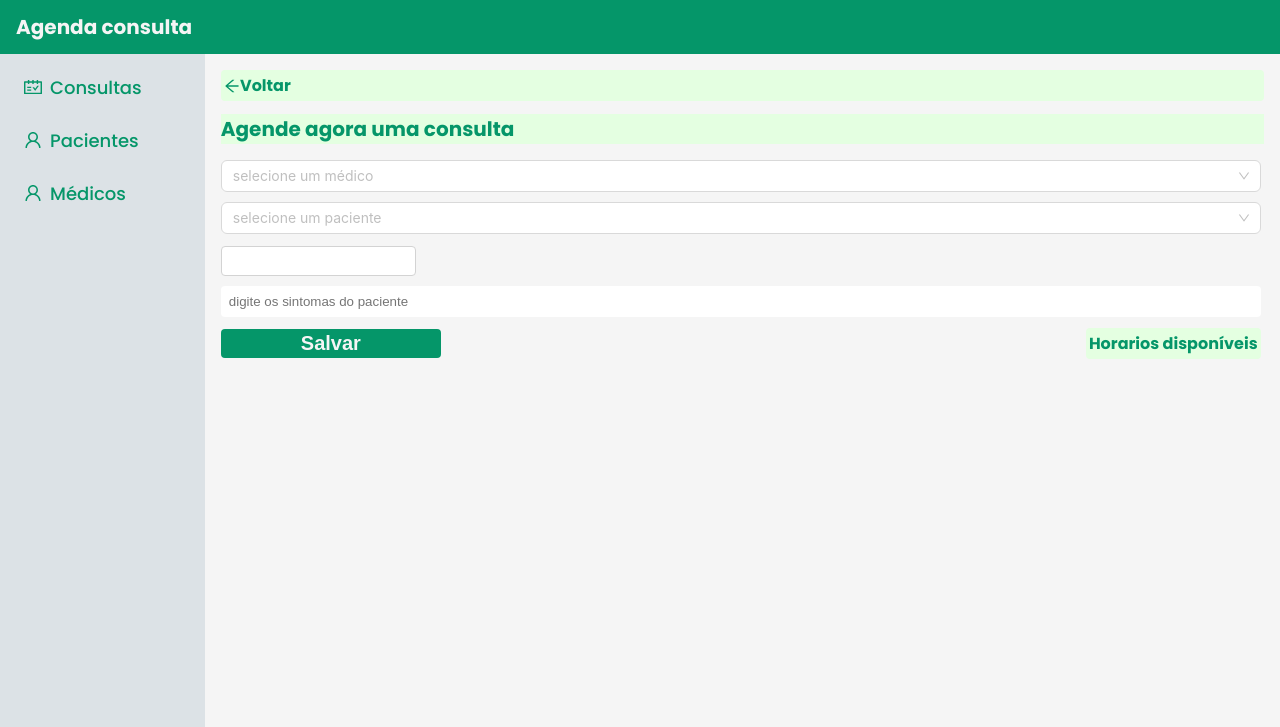
Repository: BarbaraCD/agendaconsulta
Page: /appointments/new
The author's editor kept a copy of each file at every save. The page is drawn from the files as they stood at one save, then again after the next save.
The browser window is 1280 px wide. The pictures show the whole page.
The page's requests for data from a server got no answer. The project was rebuilt for these pictures with package versions that can differ from the ones it lists, and the page was loaded fresh each time. No one was signed in, and anything a server would have sent is missing. Also part of the build but not shown: vite.config.ts, src/components/Calendar.tsx, src/components/InputPatient.tsx, src/styles/CreateContainer.ts, src/components/DoctorTable.tsx, src/components/PatientTable.tsx, src/components/InputDoctors.tsx.

Above is the page before, as saved 2023-08-29 16:26:51.

After the next save:
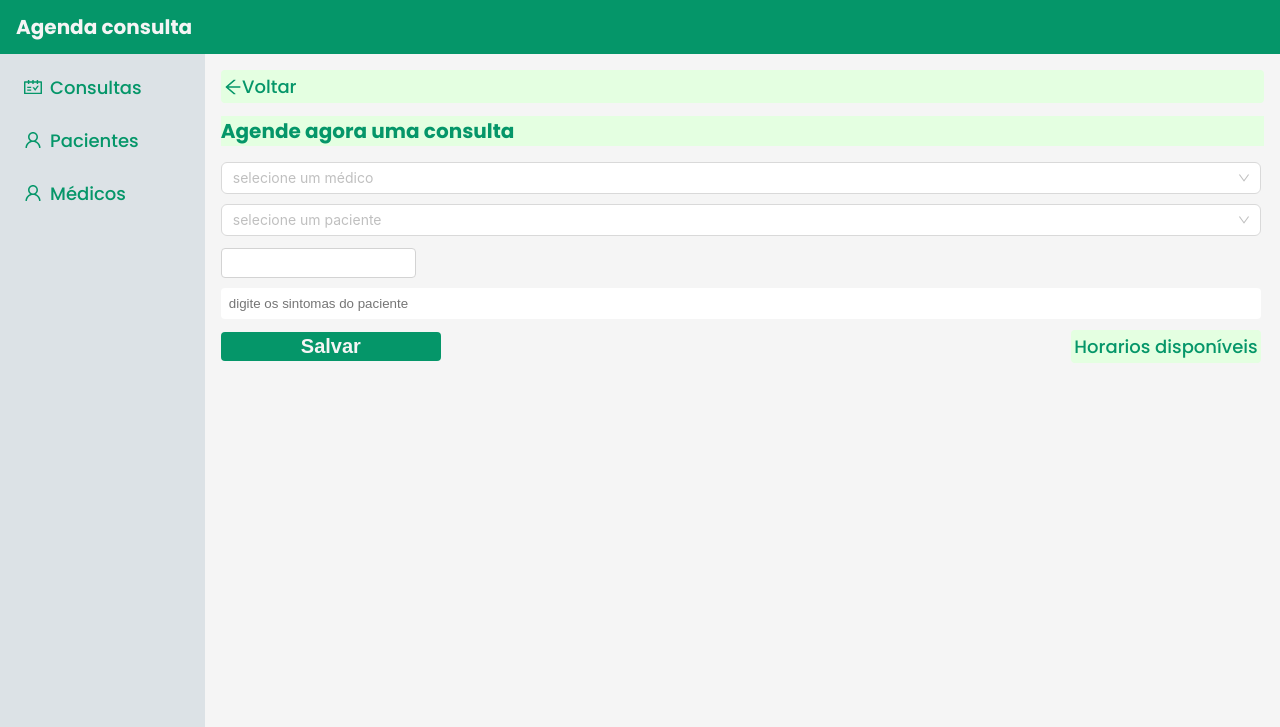
Saved 21 s later.
--- a/src/styles/InputContainer.ts
+++ b/src/styles/InputContainer.ts
@@ -79,11 +79,9 @@ export const StyledLink = styled(Link)`
   align-items: center;
   display: flex;
 
-  p {
-    font-size: ${(props) => props.theme.size.lg};
-    font-weight: 500;
-    overflow: hidden;
-  }
+  font-size: ${(props) => props.theme.size.lg};
+  font-weight: 500;
+  overflow: hidden;
 
   &:hover {
     color: ${(props) => props.theme.colors.gray};
